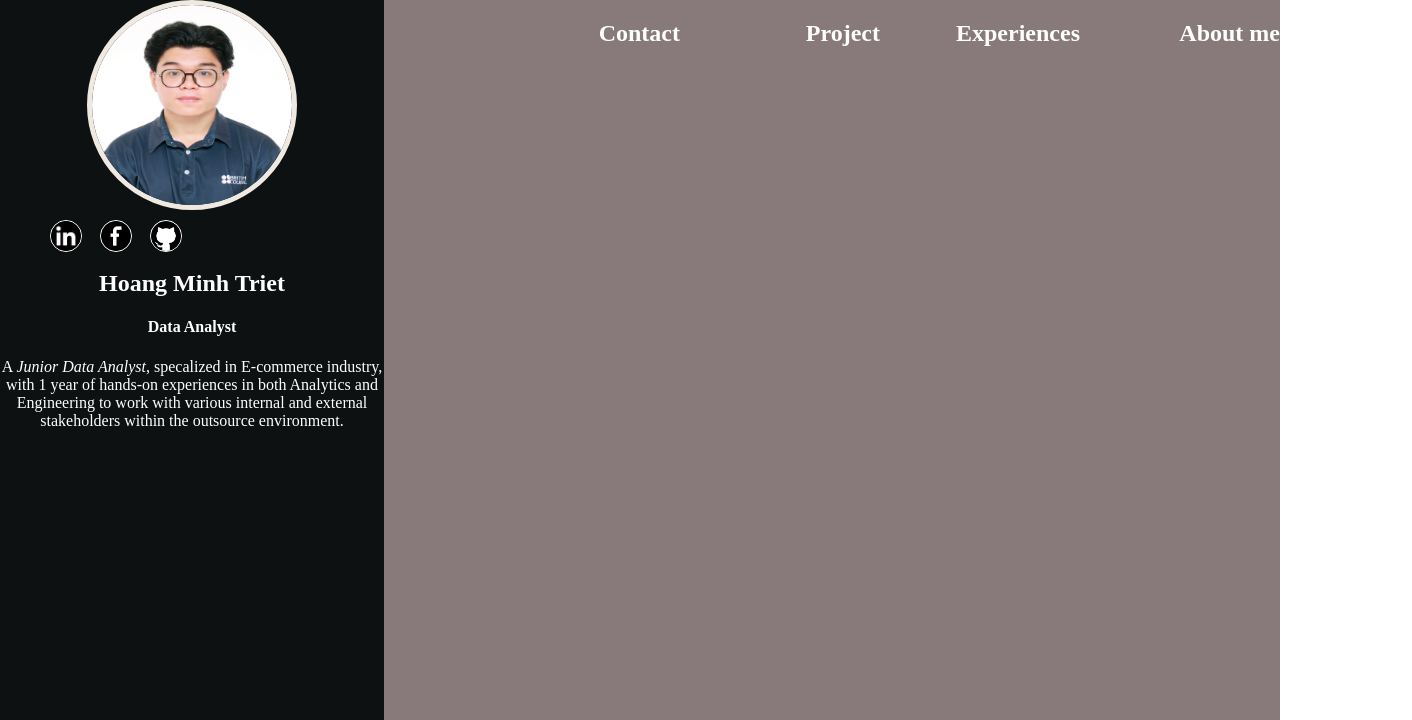
Repository: MinnTrit/personal_website
Page: http://localhost/
An editor plug-in stored every save of this project. The page is shown before and after the next save, followed by the edit.
The browser window is 1280 px wide. The page is 1280 px wide, then 1412 px, so the pictures cover 1412 px, including what lies to the right of the window. The pictures show the whole page.
The page is served by the project's application, run on Flask 3 (app.py).

Above is the page before, as saved 2025-01-28 23:39:25.

### templates/index.html
<!DOCTYPE html>
<html lang="en">
<head>
    <meta charset="UTF-8">
    <meta name="viewport" content="width=device-width, initial-scale=1.0">
    <link rel="stylesheet" href="{{ url_for('static', filename='css/styles.css') }}">
    <title>Data Engineer - Hoang Minh Triet</title>
</head>
<body>
    <div class="sections">
        <section class="aboutMe">
            <h2>About me</h2>
        </section>
        <section class="experiences">
            <h2>Experiences</h2>
        </section>
        <section class="projects">
            <h2>Project</h2>
        </section>
        <section class="contact">
            <h2>Contact</h2>
        </section>
    </div>
    <div class="picture">
        <img src="{{ url_for('static', filename='imgs/personal_image.jpg') }}" alt="personalImage">
        <div class="pictureText">
            <h2>Hoang Minh Triet</h2>
            <h4>Data Analyst</h4>
            <p>A <em>Junior Data Analyst</em>, specalized in E-commerce industry, with 1 year of hands-on experiences in both Analytics and Engineering to work with various internal and external stakeholders within the outsource environment.</p>
        </div>
    </div>
    <div class="information">
        <a href="https://www.facebook.com/minhtriet05042003/" target="_blank">
            <img class="facebook" src="{{ url_for('static', filename='imgs/facebook.jpg') }}" alt="facebook">
        </a>
        <a href="https://www.linkedin.com/in/minchit0504/" target="_blank">
            <img class="linkedin" src="{{ url_for('static', filename='imgs/linkedin-logo.png') }}" alt="linkedin">
        </a>
        <a href="https://www.linkedin.com/in/minchit0504/" target="_blank">
            <img class="github" src="{{ url_for('static', filename='imgs/github.png') }}" alt="github">
        </a>
    </div>
</body>
</html>

### app.py
from flask import Flask, request, render_template
app = Flask(__name__)
app.debug=True
#Initialize common variables
@app.route('/', methods=['GET', 'POST'])
def index():
    if request.method == 'GET':
        return render_template('index.html')

if __name__ == '__main__':
    app.run(host='0.0.0.0', port=5002, debug=True)

### static/css/styles.css
html, body {
    height: 100%;
    margin: 0;
    color: white;
}

.picture {
    background-color:#0e1111;
    width: 30%;
    height: 100%;
}

.picture img {
    display: block;
    width: 200px;
    height: 200px;
    margin-left: auto;
    margin-right: auto;
    border-radius: 50%;
    border: 5px solid;
    border-color:#efe9e2;
}

.picture .pictureText {
    margin-top: 60px;
    text-align: center;
}

.sections {
    position: absolute;
    top: 0;
    right: 0;
    background-color:#887a7a;
    width: 70%;
    height: 100%;
}

.aboutMe {
    position: absolute;
    right: 0px;
}

.experiences {
    position: absolute;
    right: 200px;
}

.projects {
    position: absolute;
    right: 400px;
}

.contact {
    position: absolute;
    right: 600px;
}

/* Locate the div information*/
.information {
    position: absolute;
    top: 0px;
}

.information .facebook {
    position: absolute;
    border-radius: 60%;
    width: 30px;
    height: 30px;
    top: 220px;
    left: 100px;
    border: 1px solid;
    border-color: white;
}

.information .linkedin {
    position: absolute;
    border-radius: 60%;
    width: 30px;
    height: 30px;
    top: 220px;
    left: 50px;
    border: 1px solid;
    border-color: white;
}

.information .github {
    position: absolute;
    border-radius: 60%;
    width: 30px;
    height: 30px;
    top: 220px;
    left: 150px;
    border: 1px solid;
    border-color: white;
}

After the next save:
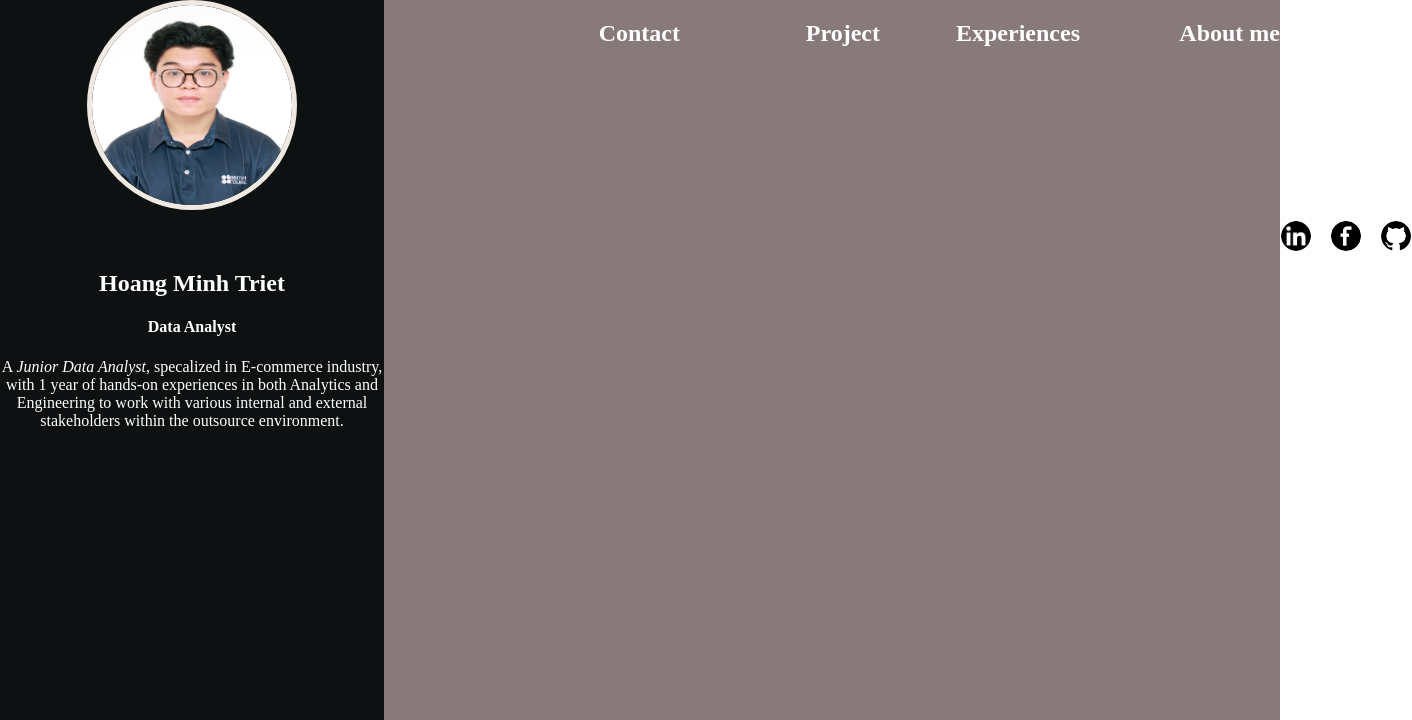
Saved 97 s later.
--- a/static/css/styles.css
+++ b/static/css/styles.css
@@ -59,6 +59,7 @@ html, body {
 .information {
     position: absolute;
     top: 0px;
+    right: 50px;
 }
 
 .information .facebook {
